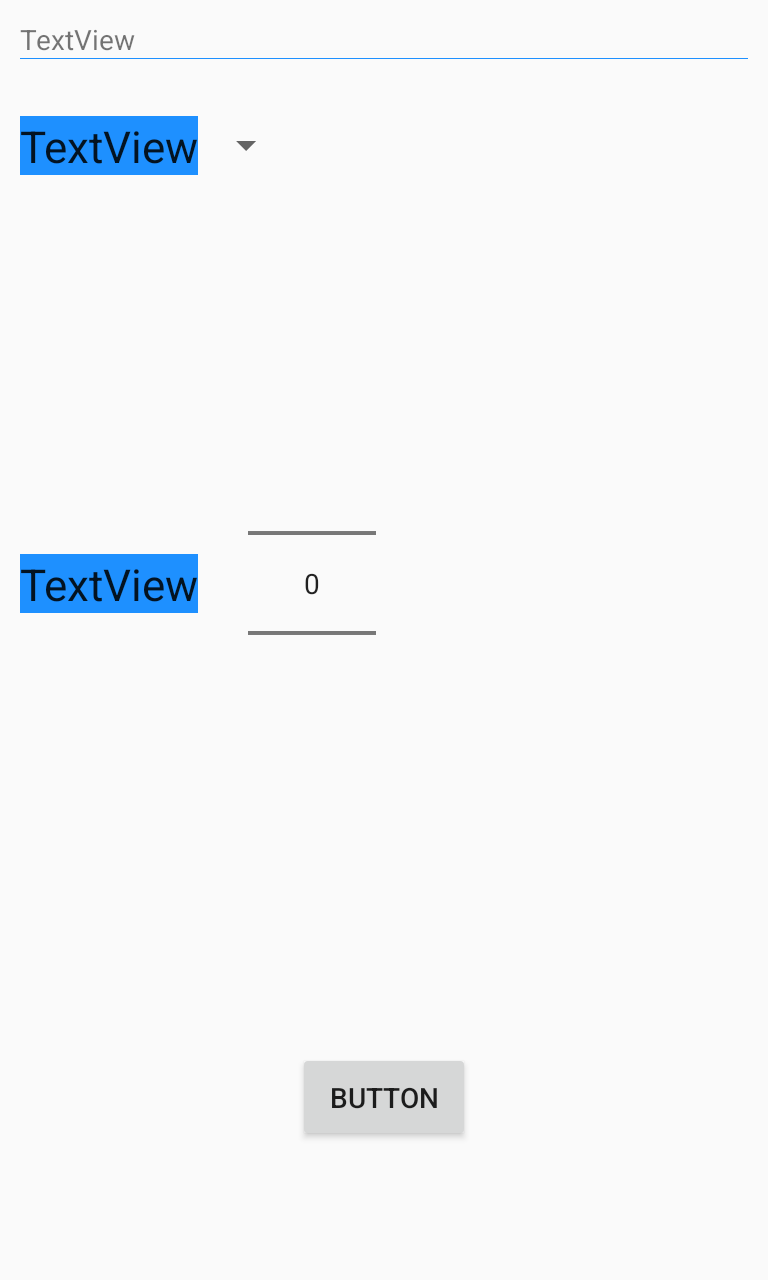
Repository: mimimy/MassagePro
Layout: BLE-Version/MassageTool/res/layout/base_pager.xml
These files come from the project's save history. The layout is drawn as it stood at one moment and after the next save; the edit follows.
It is drawn on a 768 x 1280 px phone screen (xhdpi) without system bars, with theme AppTheme; the app's code is not run.

Above is the layout before, as saved 2018-07-29 00:57:05.

### BLE-Version/MassageTool/res/layout/base_pager.xml
<LinearLayout xmlns:android="http://schemas.android.com/apk/res/android"
    xmlns:tools="http://schemas.android.com/tools"
    android:layout_width="match_parent"
    android:padding="20px"
    android:layout_height="fill_parent"
    android:orientation="vertical" >

    <TextView
        android:id="@+id/textView1"
        android:layout_width="match_parent"
        android:layout_height="wrap_content"

        android:layout_gravity="center_vertical"
        android:text="TextView" />
      <TextView
        android:background="#1E90FF"
        android:layout_width="fill_parent"
        android:layout_height="1px"/>


    <LinearLayout
        android:layout_width="match_parent"
        android:layout_height="wrap_content"
        android:orientation="horizontal"
        android:gravity="center_vertical"
        android:layout_weight="1">

        <TextView
            android:id="@+id/textView2"
            android:layout_width="wrap_content"
            android:layout_height="wrap_content"
            android:background="#1E90FF"
            android:textAppearance="?android:attr/textAppearanceLarge"
            android:text="TextView" />

        <Spinner
            android:id="@+id/spinner1"
            android:layout_width="wrap_content"
            android:layout_height="wrap_content"/>
    </LinearLayout>

    <LinearLayout
        android:layout_width="match_parent"
        android:layout_height="wrap_content"
        android:orientation="horizontal"
        android:gravity="center_vertical"
        android:layout_weight="3">


        <TextView
            android:id="@+id/textView3"
            android:background="#1E90FF"
            android:layout_width="wrap_content"
            android:layout_height="wrap_content"
            android:textAppearance="?android:attr/textAppearanceLarge"
            android:text="TextView" />

        <NumberPicker
            android:id="@+id/numberPicker1"
            android:layout_marginLeft="50px"
            android:layout_width="wrap_content"
            android:layout_height="wrap_content" />
    </LinearLayout>

    <LinearLayout
        android:layout_width="fill_parent"
        android:layout_height="wrap_content"
        android:gravity="center"
        android:layout_weight="2">

        <Button
            android:id="@+id/button1"
            android:layout_width="wrap_content"
            android:layout_height="wrap_content"

            android:text="Button" />

    </LinearLayout>

</LinearLayout>

### BLE-Version/MassageTool/res/values/styles.xml
<resources>

    <!--
        Base application theme, dependent on API level. This theme is replaced
        by AppBaseTheme from res/values-vXX/styles.xml on newer devices.
    -->
    <style name="AppBaseTheme" parent="android:Theme.Light">
        <!--
            Theme customizations available in newer API levels can go in
            res/values-vXX/styles.xml, while customizations related to
            backward-compatibility can go here.
        -->
    </style>

    <!-- Application theme. -->
    <style name="AppTheme" parent="AppBaseTheme">
        <!-- All customizations that are NOT specific to a particular API-level can go here. -->

    </style>

     <style name="OverflowStyle">
         <item name="android:src">@drawable/blooth</item>
         <item name="android:actionOverflowButtonStyle">@style/OverflowStyle</item>
      </style>
</resources>

Loaded but not shown: BLE-Version/MassageTool/res/values-v11/styles.xml (common file); BLE-Version/MassageTool/res/values-v14/styles.xml (common file)

After the next save:
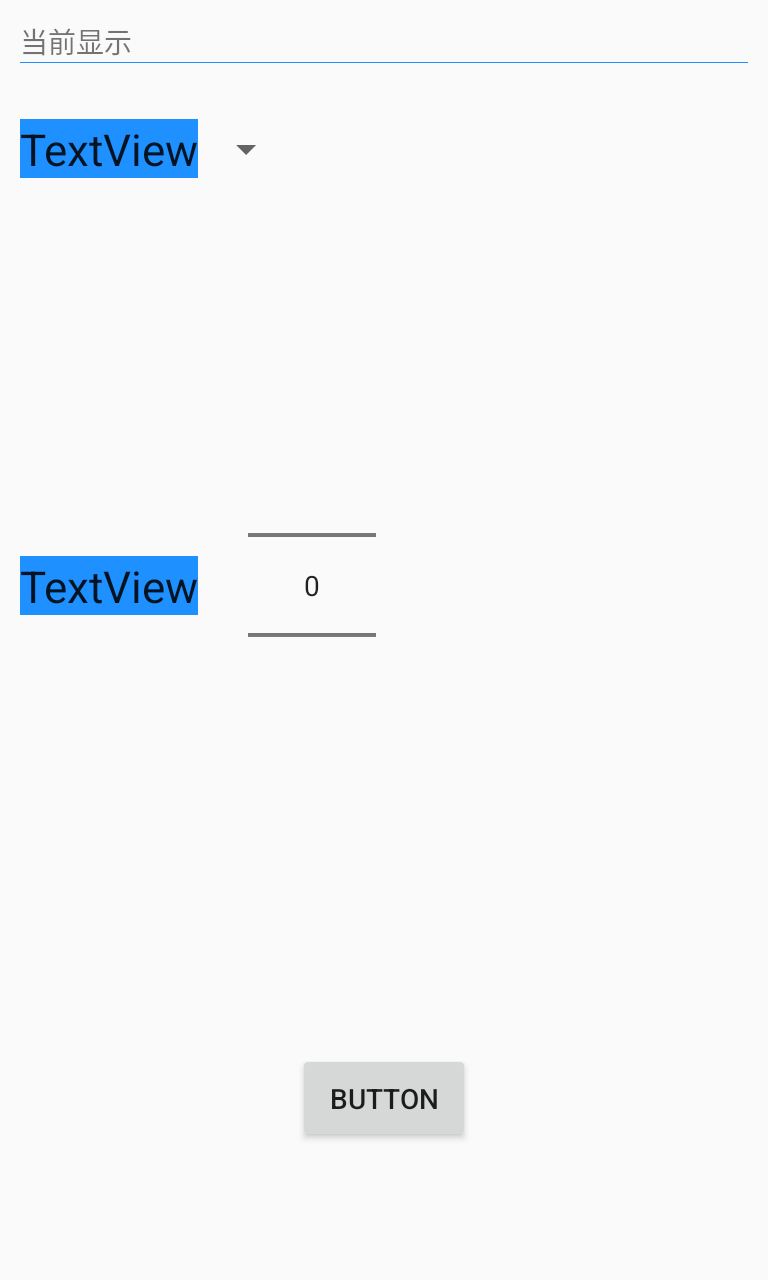
Saved 24 s later.
--- a/BLE-Version/MassageTool/res/layout/base_pager.xml
+++ b/BLE-Version/MassageTool/res/layout/base_pager.xml
@@ -9,9 +9,8 @@
         android:id="@+id/textView1"
         android:layout_width="match_parent"
         android:layout_height="wrap_content"
-
         android:layout_gravity="center_vertical"
-        android:text="TextView" />
+        android:text="当前显示" />
       <TextView
         android:background="#1E90FF"
         android:layout_width="fill_parent"
